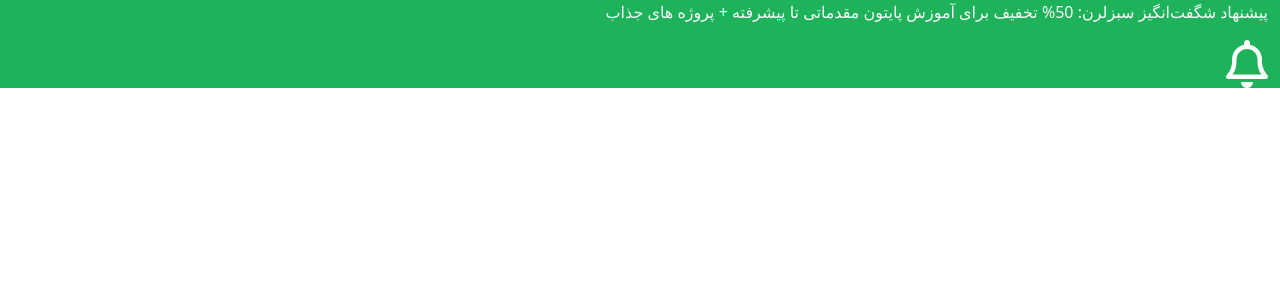
Repository: mobina-mirzaei/final-project-mirzaei
Page: index.html
These files come from the project's save history. The page is drawn as it stood at one moment and after the next save; the edit follows.
The browser window is 1280 px wide. The pictures show the whole page.
The style sheet was rebuilt from its Sass, Less or Tailwind sources for each picture, by a compiler version that may differ from the author's.

Above is the page before, as saved 2025-06-05 18:46:55.

After the next save:
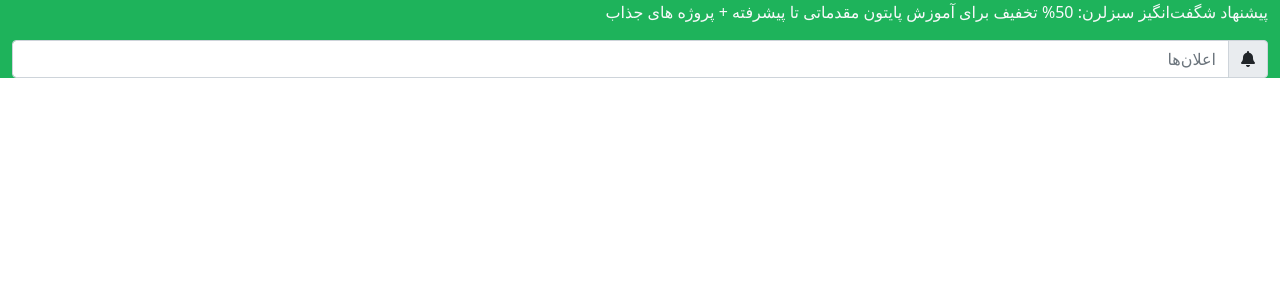
Saved 83 min 52 s later.
--- a/index.html
+++ b/index.html
@@ -12,7 +12,10 @@
       defer
     ></script>
     <link rel="stylesheet" href="./assets/css/main.css" />
-     <link rel="stylesheet" href="https://cdnjs.cloudflare.com/ajax/libs/font-awesome/6.5.0/css/all.min.css">
+    <link
+      rel="stylesheet"
+      href="https://cdnjs.cloudflare.com/ajax/libs/font-awesome/6.5.0/css/all.min.css"
+    />
     <title>SabzLearn</title>
   </head>
   <body>
@@ -23,7 +26,13 @@
             پیشنهاد شگفت‌انگیز سبزلرن: 50% تخفیف برای آموزش پایتون مقدماتی تا
             پیشرفته + پروژه های جذاب
           </p>
-          <i class='far fa-bell' style='font-size:48px;color:white'></i>
+          <!-- <i class='far fa-bell' style='font-size:48px;color:white'></i> -->
+          <div class="input-group">
+            <span class="input-group-text">
+              <i class="fas fa-bell"></i>
+            </span>
+            <input type="text" class="form-control" placeholder="اعلان‌ها" />
+          </div>
         </div>
       </div>
     </div>
